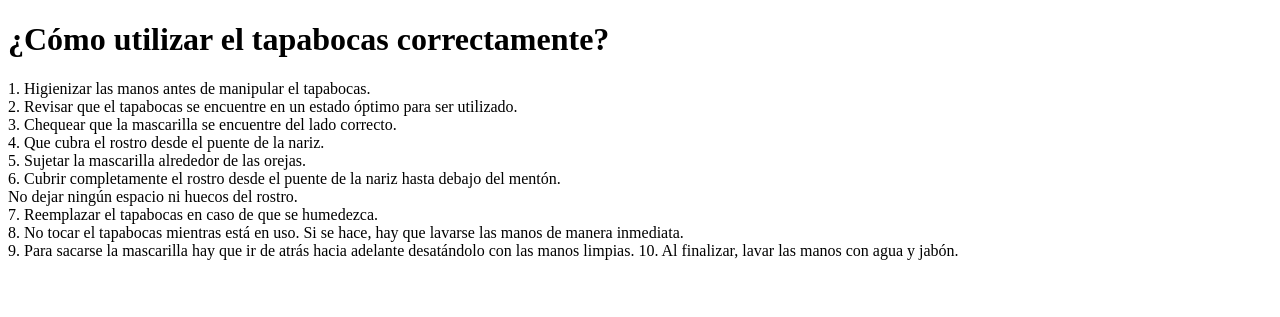
Repository: gustavomanfre/Curso_Front_End_Digitalers
Page: Unidad1/M1 - Laboratorio_01/index.html
These files come from the project's save history. The page is drawn as it stood at one moment and after a run of saves; the edit follows.
The browser window is 1280 px wide. The pictures show the whole page.

Above is the page before, as saved 2022-05-25 18:18:38.

### Unidad1/M1 - Laboratorio_01/index.html
<!DOCTYPE html>
<html lang="es">
<head>
    <meta charset="UTF-8">
    <meta http-equiv="X-UA-Compatible" content="IE=edge">
    <meta name="viewport" content="width=device-width, initial-scale=1.0">
    <title>Laboratorio1</title>
</head>
<body>
   <h1>¿Cómo utilizar el tapabocas correctamente?</h1>

    <p>

        1. Higienizar las manos antes de manipular el tapabocas.<br>
        2. Revisar que el tapabocas se encuentre en un estado óptimo para ser utilizado.<br>
        3. Chequear que la mascarilla se encuentre del lado correcto.<br>
        4. Que cubra el rostro desde el puente de la nariz.<br>
        5. Sujetar la mascarilla alrededor de las orejas.<br>
        6. Cubrir completamente el rostro desde el puente de la nariz hasta debajo del mentón.<br>
        No dejar ningún espacio ni huecos del rostro.<br>
        7. Reemplazar el tapabocas en caso de que se humedezca.<br>
        8. No tocar el tapabocas mientras está en uso. Si se hace, hay que lavarse las manos de manera inmediata.<br>
        9. Para sacarse la mascarilla hay que ir de atrás hacia adelante desatándolo con las manos limpias.
        10. Al finalizar, lavar las manos con agua y jabón.
    </p>

</body>
</html>

After the next 2 saves:
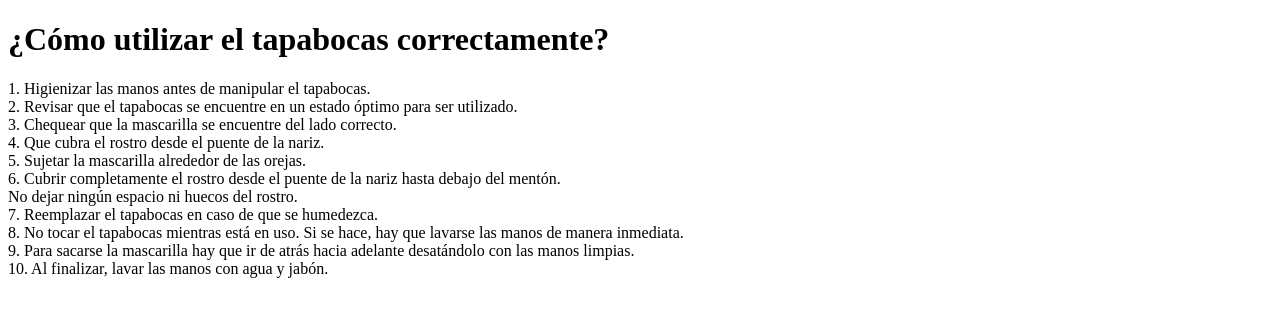
The 2 saves are shown as one change because they came seconds apart.
The last was saved 7 s later.
--- a/Unidad1/M1 - Laboratorio_01/index.html
+++ b/Unidad1/M1 - Laboratorio_01/index.html
@@ -20,8 +20,8 @@
         No dejar ningún espacio ni huecos del rostro.<br>
         7. Reemplazar el tapabocas en caso de que se humedezca.<br>
         8. No tocar el tapabocas mientras está en uso. Si se hace, hay que lavarse las manos de manera inmediata.<br>
-        9. Para sacarse la mascarilla hay que ir de atrás hacia adelante desatándolo con las manos limpias.
-        10. Al finalizar, lavar las manos con agua y jabón.
+        9. Para sacarse la mascarilla hay que ir de atrás hacia adelante desatándolo con las manos limpias.<br>
+        10. Al finalizar, lavar las manos con agua y jabón.<br>
     </p>
 
 </body>
